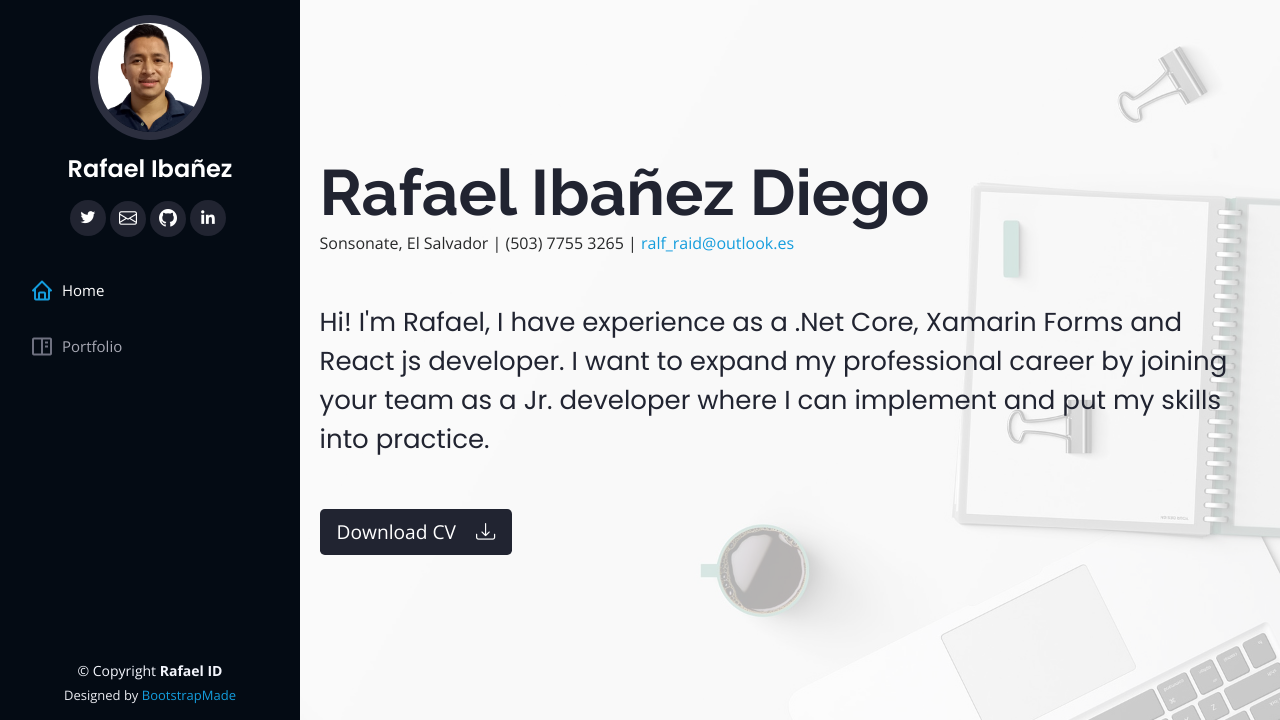
Repository: ralfId/myportfolio
Page: /
These files come from the project's save history. The page is drawn as it stood at one moment and after the next save; the edit follows.
The browser window is 1280 px wide. The pictures show the whole page.
The project was rebuilt for these pictures with package versions that can differ from the ones it lists, and the page was loaded fresh each time. Also part of the build but not shown: src/data/projects.js, src/components/Projects/ProjectItem.js, src/components/Projects/ProjectIndex.js, src/helpers/ProjectById.js, src/components/Projects/ProjectDetail.js, src/components/About.js.

Above is the page before, as saved 2021-09-20 18:53:04.

### public/index.html
<!DOCTYPE html>
<html lang="en">

<head>
  <meta charset="utf-8" />
  <link rel="icon" href="%PUBLIC_URL%/favicon.ico" />
  <meta name="viewport" content="width=device-width, initial-scale=1" />
  <meta name="theme-color" content="#000000" />
  <meta name="description" content="Web site created using create-react-app" />
  <link rel="apple-touch-icon" href="%PUBLIC_URL%/logo192.png" />
  <link rel="manifest" href="%PUBLIC_URL%/manifest.json" />

  <!-- Google Fonts -->
  <link
    href="https://fonts.googleapis.com/css?family=Open+Sans:300,300i,400,400i,600,600i,700,700i|Raleway:300,300i,400,400i,500,500i,600,600i,700,700i|Poppins:300,300i,400,400i,500,500i,600,600i,700,700i"
    rel="stylesheet">

  <!-- Vendor CSS Files -->
  <link href="vendor/aos/aos.css" rel="stylesheet">
  <link href="vendor/bootstrap/css/bootstrap.min.css" rel="stylesheet">
  <link href="vendor/bootstrap-icons/bootstrap-icons.css" rel="stylesheet">
  <link href="vendor/boxicons/css/boxicons.min.css" rel="stylesheet">
  <link href="vendor/glightbox/css/glightbox.min.css" rel="stylesheet">
  <link href="vendor/swiper/swiper-bundle.min.css" rel="stylesheet">

  <!-- Template Main CSS File -->
  <link href="css/style.css" rel="stylesheet">
  <title>React App</title>

  <!-- =======================================================
  * Template Name: iPortfolio - v3.3.0
  * Template URL: https://bootstrapmade.com/iportfolio-bootstrap-portfolio-websites-template/
  * Author: BootstrapMade.com
  * License: https://bootstrapmade.com/license/
  ======================================================== -->
</head>

<body>
  <noscript>You need to enable JavaScript to run this app.</noscript>
  <div id="root"></div>
  <!--
      This HTML file is a template.
      If you open it directly in the browser, you will see an empty page.

      You can add webfonts, meta tags, or analytics to this file.
      The build step will place the bundled scripts into the <body> tag.

      To begin the development, run `npm start` or `yarn start`.
      To create a production bundle, use `npm run build` or `yarn build`.
    -->
 <!-- Vendor JS Files -->
 <script src="vendor/aos/aos.js" type="text/javascript"></script>
 <script src="vendor/bootstrap/js/bootstrap.bundle.min.js" type="text/javascript"></script>
 <script src="vendor/glightbox/js/glightbox.min.js" type="text/javascript"></script>
 <script src="vendor/isotope-layout/isotope.pkgd.min.js" type="text/javascript"></script>
 <script src="vendor/php-email-form/validate.js" type="text/javascript"></script>
 <script src="vendor/purecounter/purecounter.js" type="text/javascript"></script>
 <script src="vendor/swiper/swiper-bundle.min.js" type="text/javascript"></script>
 <script src="vendor/typed.js/typed.min.js" type="text/javascript"></script>
 <script src="vendor/waypoints/noframework.waypoints.js" type="text/javascript"></script>

 <!-- Template Main JS File -->
 <script src="js/main.js" type="text/javascript"></script>

</body>

</html>

### src/components/Nav.js
import React from 'react';
import { useState } from 'react';
import { Link } from 'react-router-dom';
// import raid from '../img/raid.png';

export const Nav = () => {

//   const [isToggle, setIsToggle] = useState(false);

// const toggleNavMob=()=>{
//   setIsToggle(!isToggle)
// }

  return (
    <>

      {/* <i className={`bi bi-list mobile-nav-toggle d-xl-none ${!isToggle ? "bi-list": "bi-x"} } `} onClick={toggleNavMob}></i> */}
      <i className="bi bi-list mobile-nav-toggle d-xl-none"></i>

      <header id="header">
        <div className="d-flex flex-column mb-auto">

          <div className="profile">
            <img src="/img/profile-img.png" alt="" className="img-fluid rounded-circle" />
            <h1 className="text-light"><a href="index.html">Rafael Ibañez</a></h1>
            <div className="social-links mt-3 text-center">
              <a href="https://twitter.com/ralf_id" className="twitter" target="_blank" rel="noreferrer"><i className="bx bxl-twitter"></i></a>
              <a href="mailto:ralf_raid@outlook.es" className="mail" target="_blank" rel="noreferrer"><i class="bi bi-envelope"></i></a>
              <a href="https://github.com/ralfId" className="instagram" target="_blank" rel="noreferrer"><i class="bi bi-github"></i></a>
              <a href="https://www.linkedin.com/in/rafaelid" className="linkedin" target="_blank" rel="noreferrer"><i className="bx bxl-linkedin"></i></a>
            </div>
          </div>
          <nav id="navbar" className="nav-menu navbar">
            <ul>
              <li><Link to="/index" className="nav-link scrollto active"><i className="bx bx-home"></i> <span>Home</span></Link></li>
              {/* <li><Link to="/about" className="nav-link scrollto"><i className="bx bx-user"></i> <span>About</span></Link></li> */}
              <li><Link to="/portfolio" className="nav-link scrollto"><i className="bx bx-book-content"></i> <span>Portfolio</span></Link></li>
              {/* <li><Link to="/contact" className="nav-link scrollto"><i className="bx bx-envelope"></i> <span>Contact</span></Link></li> */}
            </ul>
          </nav>
        </div>


      </header>

    </>
  )
}

Loaded but not shown: src/index.js (common file); public/vendor/aos/aos.css (library); public/vendor/bootstrap/css/bootstrap.min.css (library); public/vendor/bootstrap-icons/bootstrap-icons.css (library); public/vendor/boxicons/css/boxicons.min.css (library); public/vendor/glightbox/css/glightbox.min.css (library); public/vendor/swiper/swiper-bundle.min.css (library); public/vendor/aos/aos.js (library); public/vendor/bootstrap/js/bootstrap.bundle.min.js (library); public/vendor/glightbox/js/glightbox.min.js (library); public/vendor/isotope-layout/isotope.pkgd.min.js (library); public/vendor/php-email-form/validate.js (common file); public/vendor/purecounter/purecounter.js (library); public/vendor/swiper/swiper-bundle.min.js (library); public/vendor/typed.js/typed.min.js (library); public/vendor/waypoints/noframework.waypoints.js (library); public/js/main.js (267 lines, source omitted); src/components/Home.js (28 lines, source omitted); src/routers/AppRouter.js (33 lines, source omitted); src/components/Footer.js (16 lines, source omitted); src/Portfolio.js (10 lines, source omitted); public/css/style.css (1154 lines, source omitted)

After the next save:
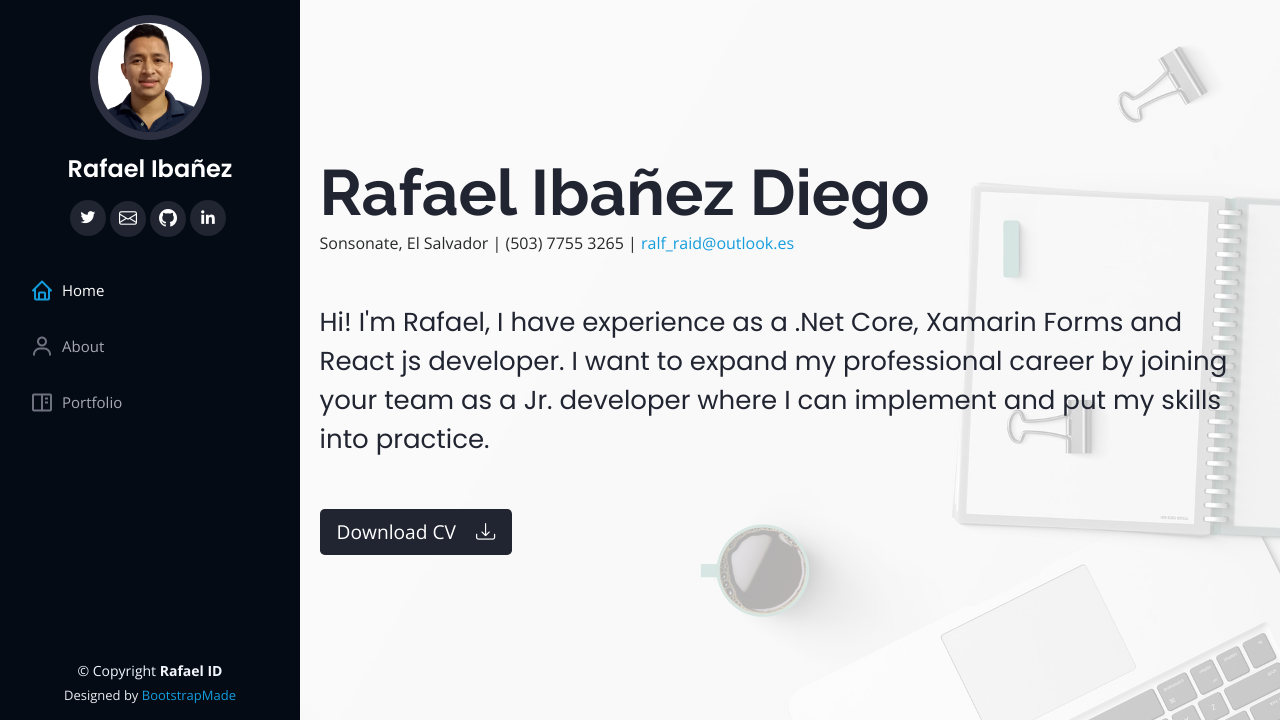
Saved 21 s later.
--- a/src/components/Nav.js
+++ b/src/components/Nav.js
@@ -33,7 +33,7 @@ export const Nav = () => {
           <nav id="navbar" className="nav-menu navbar">
             <ul>
               <li><Link to="/index" className="nav-link scrollto active"><i className="bx bx-home"></i> <span>Home</span></Link></li>
-              {/* <li><Link to="/about" className="nav-link scrollto"><i className="bx bx-user"></i> <span>About</span></Link></li> */}
+              <li><Link to="/about" className="nav-link scrollto"><i className="bx bx-user"></i> <span>About</span></Link></li>
               <li><Link to="/portfolio" className="nav-link scrollto"><i className="bx bx-book-content"></i> <span>Portfolio</span></Link></li>
               {/* <li><Link to="/contact" className="nav-link scrollto"><i className="bx bx-envelope"></i> <span>Contact</span></Link></li> */}
             </ul>
